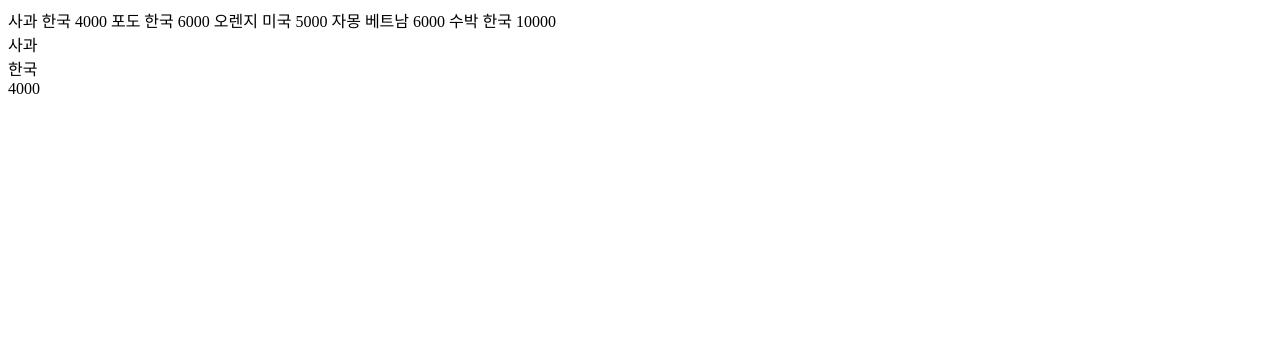
Repository: hyojinx/JspStudy
Page: http://localhost/jspstudy/11JSTL/XML.jsp
The author's editor kept a copy of each file at every save. The page is drawn from the files as they stood at one save, then again after the next save.
The browser window is 1280 px wide. The pictures show the whole page.
The page is served by Tomcat 9. Other server files are loaded and not shown.

Above is the page before, as saved 2023-04-10 07:43:16.

### jspstudy/src/main/webapp/11JSTL/XML.jsp
<%@ page language="java" contentType="text/html; charset=UTF-8"
    pageEncoding="UTF-8"%>
<%@ taglib prefix="c" uri = "http://java.sun.com/jsp/jstl/core"%>
<%@ taglib prefix="x" uri="http://java.sun.com/jsp/jstl/xml" %>
<!DOCTYPE html>
<html>
<head>
<meta charset="UTF-8">
<title>JSTL XML</title>
</head>
<body>
	<c:import url="./include/FruitList.xml" var="fruitlist" charEncoding="UTF-8"/>
	${fruitlist}
	<x:parse xml="${fruitlist}" var="flist"/><br>
	<x:out select="$flist/fruitlist/fruit[1]/name"/><br>
	<x:out select="$flist/fruitlist/fruit[1]/from"/><br>
	<x:out select="$flist/fruitlist/fruit[1]/price"/><br>
</body>
</html>

### jspstudy/src/main/webapp/11JSTL/include/FruitList.xml
<?xml version="1.0" encoding="UTF-8"?>
<fruitlist>
	<fruit>
		<name>사과</name>
		<from>한국</from>
		<price>4000</price>
	</fruit>
	<fruit>
		<name>포도</name>
		<from>한국</from>
		<price>6000</price>
	</fruit>
	<fruit>
		<name>오렌지</name>
		<from>미국</from>
		<price>5000</price>
	</fruit>
	<fruit>
		<name>자몽</name>
		<from>베트남</from>
		<price>6000</price>
	</fruit>
	<fruit>
		<name>수박</name>
		<from>한국</from>
		<price>10000</price>
	</fruit>
</fruitlist>

After the next save:
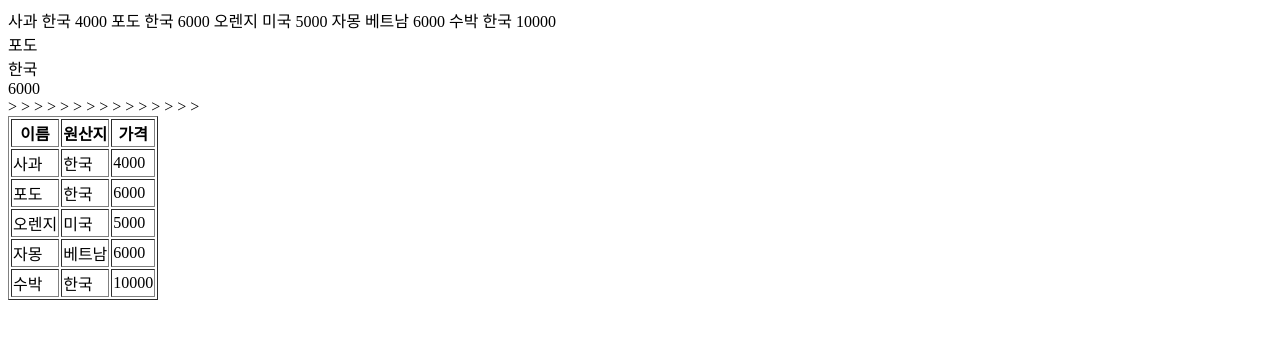
Saved 8 min 10 s later.
--- a/jspstudy/src/main/webapp/11JSTL/XML.jsp
+++ b/jspstudy/src/main/webapp/11JSTL/XML.jsp
@@ -12,8 +12,22 @@
 	<c:import url="./include/FruitList.xml" var="fruitlist" charEncoding="UTF-8"/>
 	${fruitlist}
 	<x:parse xml="${fruitlist}" var="flist"/><br>
-	<x:out select="$flist/fruitlist/fruit[1]/name"/><br>
-	<x:out select="$flist/fruitlist/fruit[1]/from"/><br>
-	<x:out select="$flist/fruitlist/fruit[1]/price"/><br>
+	<x:out select="$flist/fruitlist/fruit[2]/name"/><br>
+	<x:out select="$flist/fruitlist/fruit[2]/from"/><br>
+	<x:out select="$flist/fruitlist/fruit[2]/price"/><br>
+
+	<table border="1">
+	<tr>
+		<th>이름</th><th>원산지</th><th>가격</th>
+	</tr>
+	<x:forEach select="$flist/fruitlist/fruit" var="fruit">
+		<tr>
+			<td><x:out select="$fruit/name"/></td>>
+			<td><x:out select="$fruit/from"/></td>>
+			<td><x:out select="$fruit/price"/></td>>
+
+		</tr>
+	</x:forEach>
+	</table>
 </body>
 </html>
